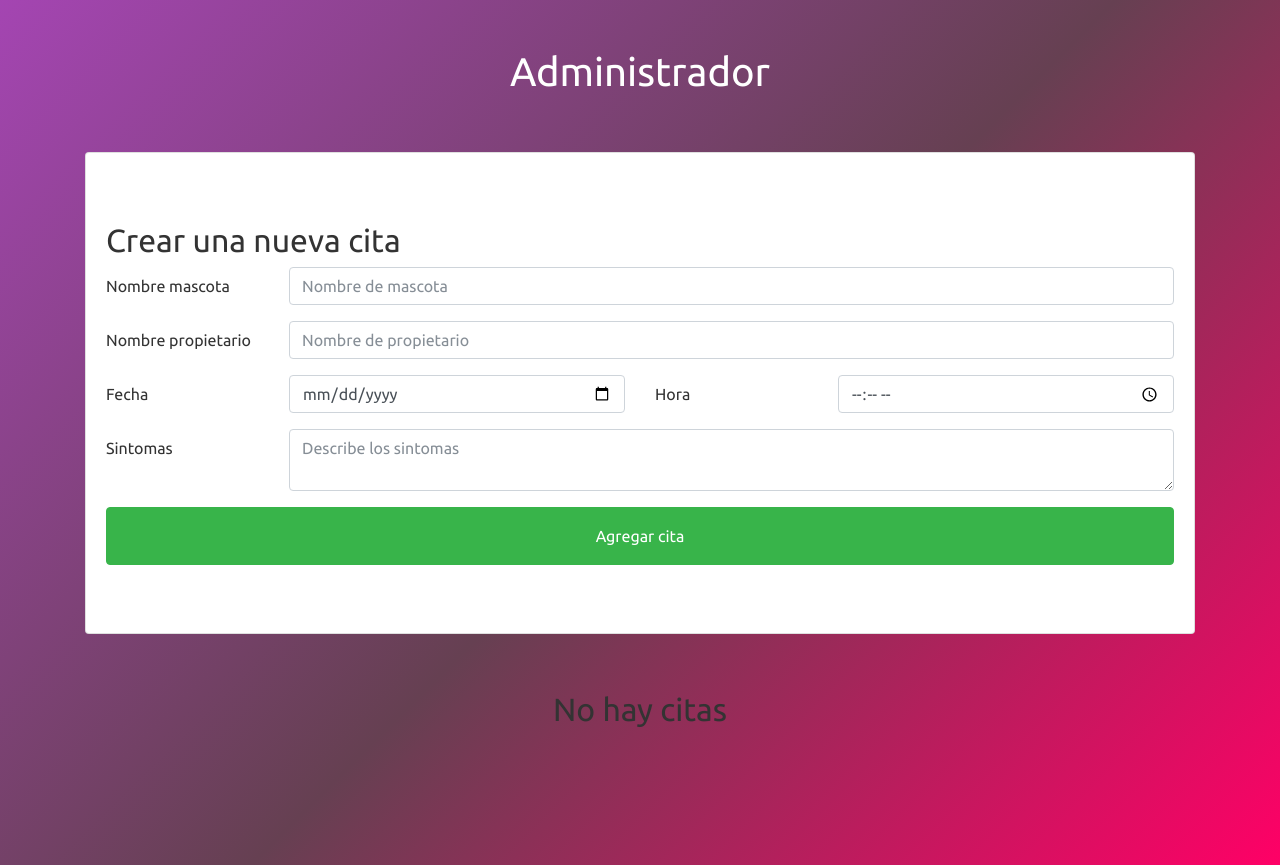
Repository: harrycampaz/react-veterinario-form
Page: /
These files come from the project's save history. The page is drawn as it stood at one moment and after the next save; the edit follows.
The browser window is 1280 px wide. The pictures show the whole page.
The project was rebuilt for these pictures with package versions that can differ from the ones it lists, and the page was loaded fresh each time. Also part of the build but not shown: src/components/layout/ItemCita.js.

Above is the page before, as saved 2020-01-16 18:13:12.

After the next save:
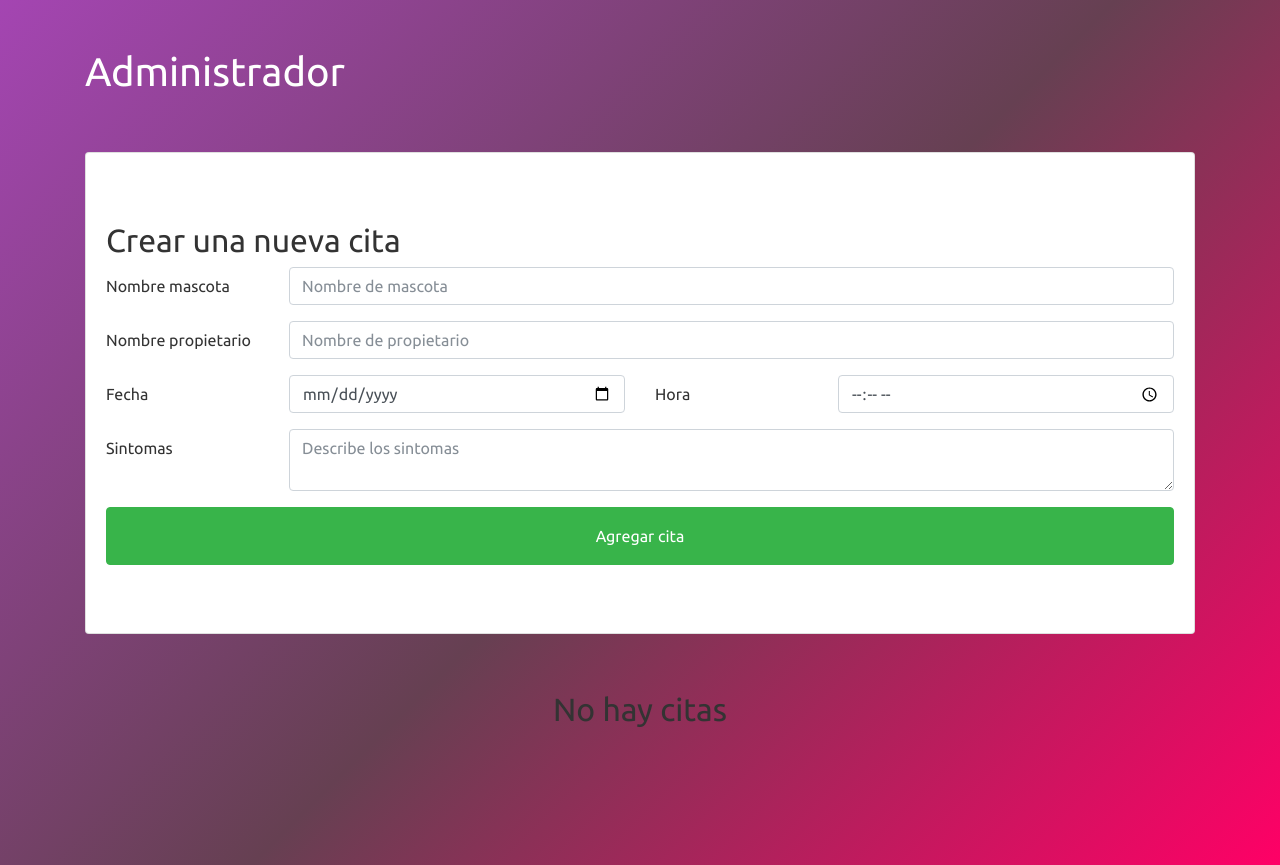
Saved 65 s later.
--- a/src/components/ui/Header.js
+++ b/src/components/ui/Header.js
@@ -3,7 +3,7 @@ import PropTypes from 'prop-types';
 const Header = ({titulo}) => {
     return (
       <header>
-<h1 className="text-center"> {titulo}</h1>
+<h1 > {titulo}</h1>
       </header>
     );
 };
